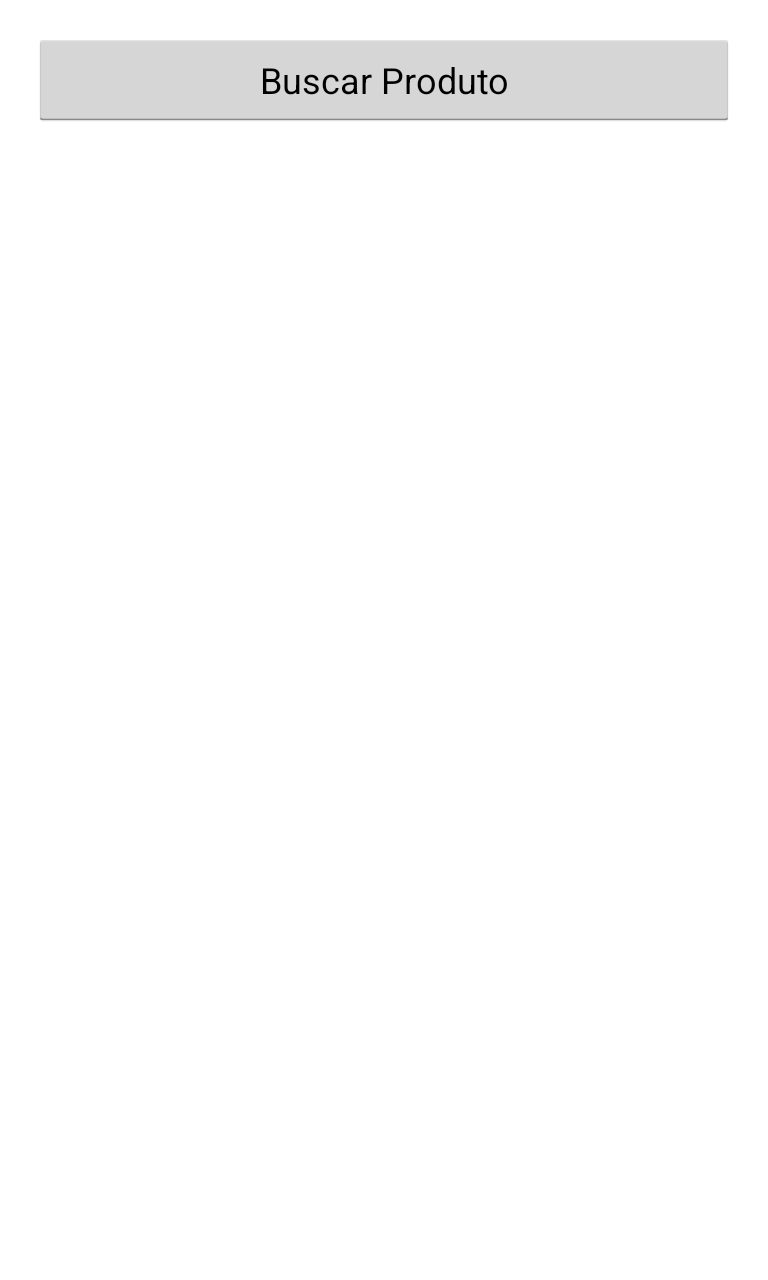
Repository: tmalveirac/mobpdv
Layout: WorkspaceAndroid/MobPDVProjet/res/layout/activity_pedido.xml
These files come from the project's save history. The layout is drawn as it stood at one moment and after a run of saves; the edit follows.
It is drawn on a 768 x 1280 px phone screen (xhdpi) without system bars, with theme AppTheme; the app's code is not run.

Above is the layout before, as saved 2013-05-21 13:19:30.

### WorkspaceAndroid/MobPDVProjet/res/layout/activity_pedido.xml
<LinearLayout xmlns:android="http://schemas.android.com/apk/res/android"
    xmlns:tools="http://schemas.android.com/tools"
      android:id="@+id/pedido_form"
    android:layout_width="match_parent"
    android:layout_height="match_parent"
    android:orientation="vertical"
    android:paddingBottom="@dimen/activity_vertical_margin"
    android:paddingLeft="@dimen/activity_horizontal_margin"
    android:paddingRight="@dimen/activity_horizontal_margin"
    android:paddingTop="@dimen/activity_vertical_margin"
    tools:context=".PedidoActivity" >

    <Button
        android:id="@+id/btnBpdt"
        android:layout_width="fill_parent"
        android:layout_height="wrap_content"
        android:text="@string/btnBpdt" />

    <LinearLayout
        android:id="@+id/pedido_foot"
        android:orientation="horizontal"
        android:layout_width="fill_parent"
    	android:layout_height="wrap_parent"
                >
     <Button
        android:id="@+id/btnCancelarPedido"
        android:layout_width="fill_parent"
        android:layout_height="wrap_content"
        android:text="@string/btnCancelarPedido" />

     <Button
        android:id="@+id/btnRealizarPedido"
        android:layout_width="fill_parent"
        android:layout_height="wrap_content"
        android:text="@string/btnRealizarPedido" />



    </LinearLayout>

</LinearLayout>

### WorkspaceAndroid/MobPDVProjet/res/values/strings.xml
<?xml version="1.0" encoding="utf-8"?>
<resources>

    <string name="app_name">MobPDV</string>
    <string name="action_settings">Configurações</string>
    <string name="hello_world">Hello world!</string>
    <string name="btnAbrCxa">Abrir Caixa</string>
    <string name="btnIniVda">Iniciar Venda</string>
    <string name="btnFecCxa">Fechar Caixa</string>
    <string name="btnVerCdp">Ver Cardápio</string>
    <string name="btnBpdt">Buscar Produto</string>
    <string name="title_activity_ciclo_vida">CicloVida</string>
    <string name="title_activity_pedido">Pedido</string>
    <string name="title_activity_cardapio">Cardapio</string>
    <string name="txtMain">MobPDV</string>
    <string name="btnCancelarPedido">Cancelar</string>
    <string name="btnRealizarPedido">Realizar Pedido</string>


</resources>

Loaded but not shown: WorkspaceAndroid/MobPDVProjet/res/values/styles.xml (common file); WorkspaceAndroid/MobPDVProjet/res/values-v11/styles.xml (common file); WorkspaceAndroid/MobPDVProjet/res/values-v14/styles.xml (common file); WorkspaceAndroid/MobPDVProjet/res/values/dimens.xml (common file)

After the next 2 saves:
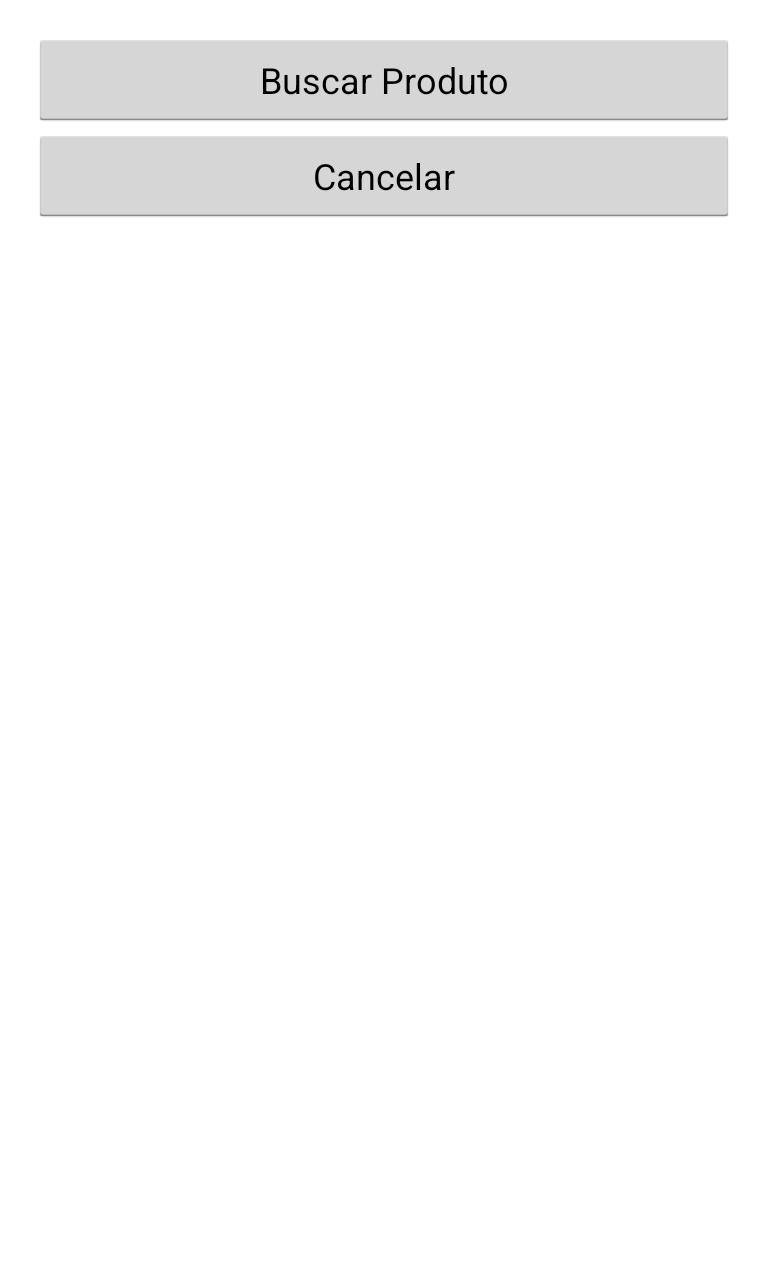
The 2 saves are shown as one change because they came seconds apart.
The last was saved 6 s later.
--- a/WorkspaceAndroid/MobPDVProjet/res/layout/activity_pedido.xml
+++ b/WorkspaceAndroid/MobPDVProjet/res/layout/activity_pedido.xml
@@ -20,7 +20,7 @@
         android:id="@+id/pedido_foot"
         android:orientation="horizontal"
         android:layout_width="fill_parent"
-    	android:layout_height="wrap_parent"
+    	android:layout_height="wrap_content"
                 >
      <Button
         android:id="@+id/btnCancelarPedido"
